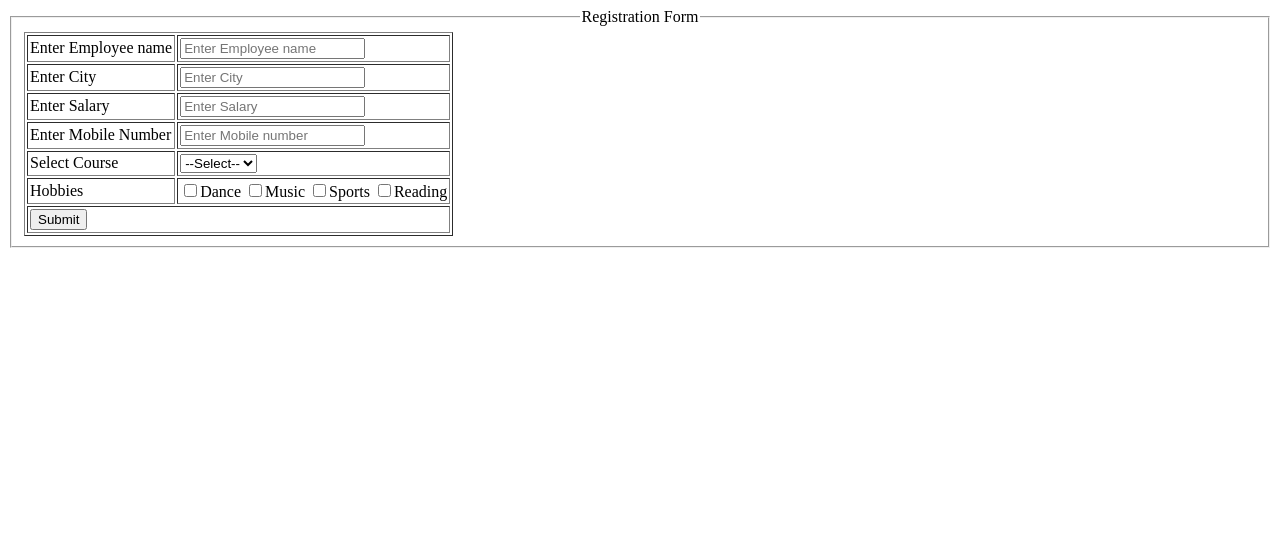
Repository: bigee1397/22-3-2024
Page: http://localhost/RDDemo/
The author's editor kept a copy of each file at every save. The page is drawn from the files as they stood at one save, then again after the next save.
The browser window is 1280 px wide. The pictures show the whole page.
The page is served by Tomcat 9. Other server files are loaded and not shown.

Above is the page before, as saved 2024-03-15 05:03:18.

### jspandservlets/RDDemo/src/main/webapp/index.jsp
<%@ page language="java" contentType="text/html; charset=ISO-8859-1"
    pageEncoding="ISO-8859-1" %>
<!DOCTYPE html>
<html>
<head>
<meta charset="ISO-8859-1">
<title>Insert title here</title>
<style>
	td{
		padding:2px;
	}
</style>
</head>
<body>
	<fieldset>
		<legend align="center">Registration Form</legend>
		<form action="registerServlet" method="post">
			<table align="left" border="1">
				<tr>
					<td>Enter Employee name</td>
					<td><input type="text" name="employeeName" placeholder="Enter Employee name" /> </td>
				</tr>
				<tr>
					<td>Enter City</td>
					<td><input type="text" name="city" placeholder="Enter City" /> </td>
				</tr>
				<tr>
					<td>Enter Salary</td>
					<td><input type="number" name="salary" placeholder="Enter Salary" /> </td>
				</tr>
				<tr>
					<td>Enter Mobile Number</td>
					<td><input type="tel" name="mobile" placeholder="Enter Mobile number" /> </td>
				</tr>
				<tr>
					<td>Select Course</td>
					<td>
						<select name="course">
				            <option>--Select--</option>
				            <option value="Java">Java</option>
				            <option value="Spring">Spring</option>
				            <option value="Angular">Angular</option>
				            <option value="Node">Node</option>
			        	</select>
			        </td>
				</tr>
				<tr>
					<td>Hobbies</td>
					<td>
						<input type="checkbox" name="hobby" value="dance">Dance
				        <input type="checkbox" name="hobby" value="music">Music
				        <input type="checkbox" name="hobby" value="sports">Sports
				        <input type="checkbox" name="hobby" value="reading">Reading
			        </td>
				</tr>
				<tr>
					<td colspan=2><input type="submit" value="Submit"></td>
				</tr>

			</table>
		</form>
	</fieldset>
</body>
</html>

After the next save:
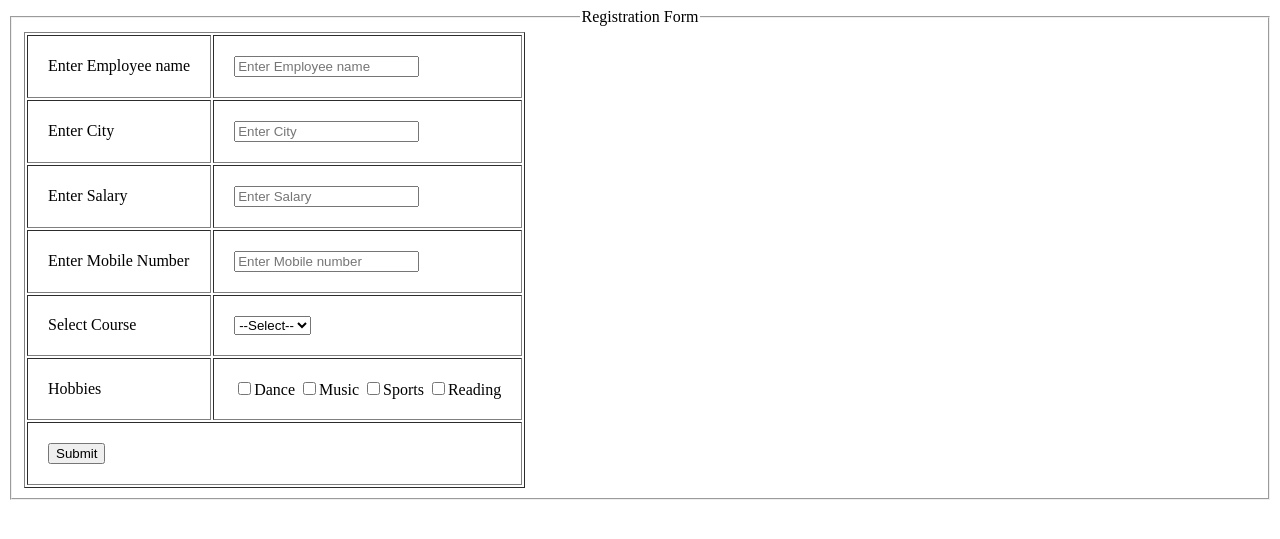
Saved 14 s later.
--- a/jspandservlets/RDDemo/src/main/webapp/index.jsp
+++ b/jspandservlets/RDDemo/src/main/webapp/index.jsp
@@ -7,7 +7,7 @@
 <title>Insert title here</title>
 <style>
 	td{
-		padding:2px;
+		padding:20px;
 	}
 </style>
 </head>
